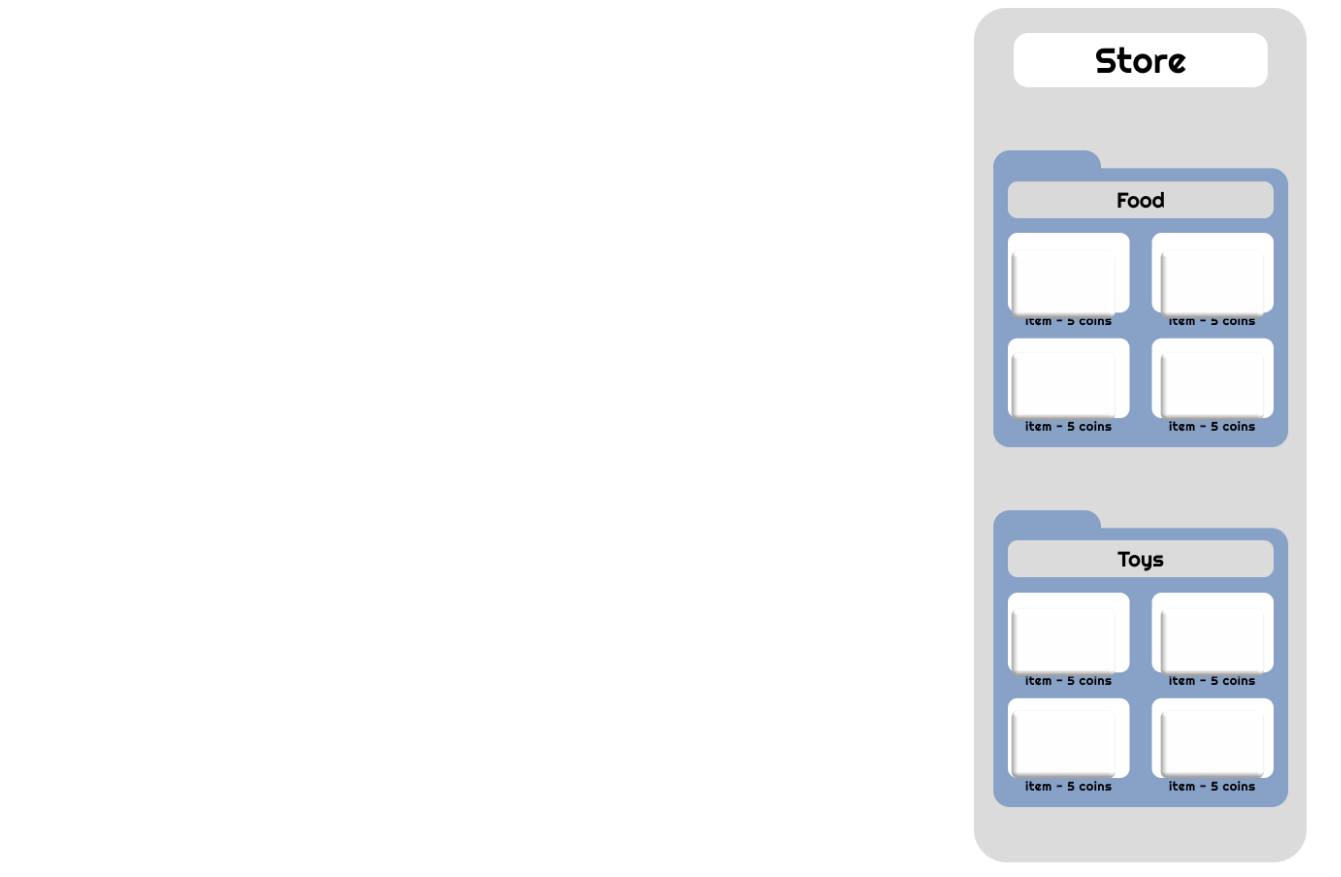
Repository: alemunden/Trash-Scavengers
Page: /ScrappyStore
The author's editor kept a copy of each file at every save. The page is drawn from the files as they stood at one save, then again after the next save.
The browser window is 1280 px wide. The page is 1382 px wide, so the pictures cover 1382 px, including what lies to the right of the window. The pictures show the whole page, at 97% of full size.
The project was rebuilt for these pictures with package versions that can differ from the ones it lists, and the page was loaded fresh each time. The framework's server and built-in components were replaced by stand-ins that run in the browser. Also part of the build but not shown: next.config.mjs.

Above is the page before, as saved 2024-05-04 14:57:04.

### pages/ScrappyStore.js
import styles from '@/styles/ScrappyStore.module.css'
import Image from 'next/image'
import { storeItems } from '@/data/storeItems'
import { useCoins } from '@/utils/coins'

export default function ScrappyStore() {

    const {coins, setCoins, buy} = useCoins(15)

    return(
        <>
        <div className={styles.store}>
            <div className={styles.foodItems}>
                <Image src={'/storeitem.png'} width={153.6} height={73.1}/>
                <Image src={'/storeitem.png'} width={153.6} height={73.1}/>
                <Image src={'/storeitem.png'} width={153.6} height={73.1}/>
                <Image src={'/storeitem.png'} width={153.6} height={73.1}/>
            </div>
            <div className={styles.toyItems}>
                <Image src={'/storeitem.png'} width={153.6} height={73.1}/>
                <Image src={'/storeitem.png'} width={153.6} height={73.1}/>
                <Image src={'/storeitem.png'} width={153.6} height={73.1}/>
                <Image src={'/storeitem.png'} width={153.6} height={73.1}/>
            </div>
            <Image src={'/storebackground.png'} width={343} height={881}/>
        </div>
        </>
    )
}

### styles/globals.css
:root {
    --white: #FFFFFF;
    --black: #000;
    --light-green: #B4E88C;
    --light-blue: #9EBAE5;
    --light-gray: #c5c5c5;
    --light-yellow: #F3CD70;
    --light-pink: #F3D9D9;
    --medium-green: #429600;
    --gold: #ED9F26;

}

html, body {
    overflow-x: hidden;
    background-color: var(--white);
    height: 896px;
    width: 414px;
    position: absolute;
    left: 30rem;
  }

main {
    padding: 1rem;
  }

li {
    list-style-type: none;
    cursor: pointer;
    margin: 1rem;
    width: 100%;
    padding: 0.5rem;
    color: #000105;
    background-color: var(--light-blue);
    border-radius: 1rem;
    border-bottom: 6px solid #7893bb;
    font-family: "Righteous", sans-serif;
    text-align: center;
    font-size: 1.5rem;
  }

.liHover:hover {
    background-color: #7893bb;
    columns: #fff;
}

.liSelected {
    color: #fff;
    background-color: #000925;
}

.homePageCard {
  margin-left: -5%;
  margin-top: 48%;
}

.searchBar {
  margin-left: -5%;
  margin-bottom: -48%;
}

.logInAndSettings {
  margin-left: 63%;
  margin-right: -5%;
  margin-top: 8%;
}

.dateIndex {
  font-family: 'Righteous';
  margin-bottom: -18%;
  margin-top: 8%;
}

.searchBarInfo {
  margin-left: -5%;
  margin-top: -0.1%;
}

.logInSettingsInfo {
  margin-left: 63%;
  margin-right: -5%;
  padding-left: 19px;
  padding-bottom: -10px;
  margin-top: 8%;
}

.infoCard {
  margin-left: -5%;
}

.logInSettingsDepots {
  margin-left: 64%;
  margin-right: -5%;
  padding-left: 9px;
  margin-top: 8%;
}

.searchBarDepots {
  margin-left: -5%;
}

.depotsCard {
  margin-left: -5%;
}

.logInSettingsYourDepots {
  margin-left: 50%;
  margin-right: -5%;
  padding-left: 65px;
  margin-top: 8%;
}

.searchBarYourDepots {
  margin-left: -5%;
}

.yourDepotsCard {
  margin-left: -5%;
}

### styles/ScrappyStore.module.css
.store {
    display: flex;
    justify-content: center;
}

.foodItems {
    position: absolute;
    display: flex;
    flex-direction: row;
    flex-wrap: wrap;
    top: 15.6rem;
    left: 3.2rem;
    column-gap: 0rem;
    row-gap: 2rem;
}

.toyItems {
    position: absolute;
    display: flex;
    flex-direction: row;
    flex-wrap: wrap;
    top: 38.7rem;
    left: 3.2rem;
    column-gap: 0rem;
    row-gap: 2rem;
}

### data/storeItems.js
export const storeItems = {
    totalItems: 8,
    items: [
        {
            name: 'Apple',
            cost: 5
        },
        {
            name: 'Banana',
            cost: 4
        },
        {
            name: 'Sandwich',
            cost: 10
        },
        {
            name: 'Cookie',
            cost: 7
        }
    ]
}

### utils/coins.js
import { useState } from "react";

export function useCoins(initialValue) {
    const [coins, setCoins] = useState(initialValue || 15)

    const buy = () => setCoins((x) => x - 5)

    return {
        coins,
        buy,
        setCoins
    }
}

Loaded but not shown: pages/_app.js (common file); pages/_document.js (common file); pages/api/hello.js (common file)

After the next save:
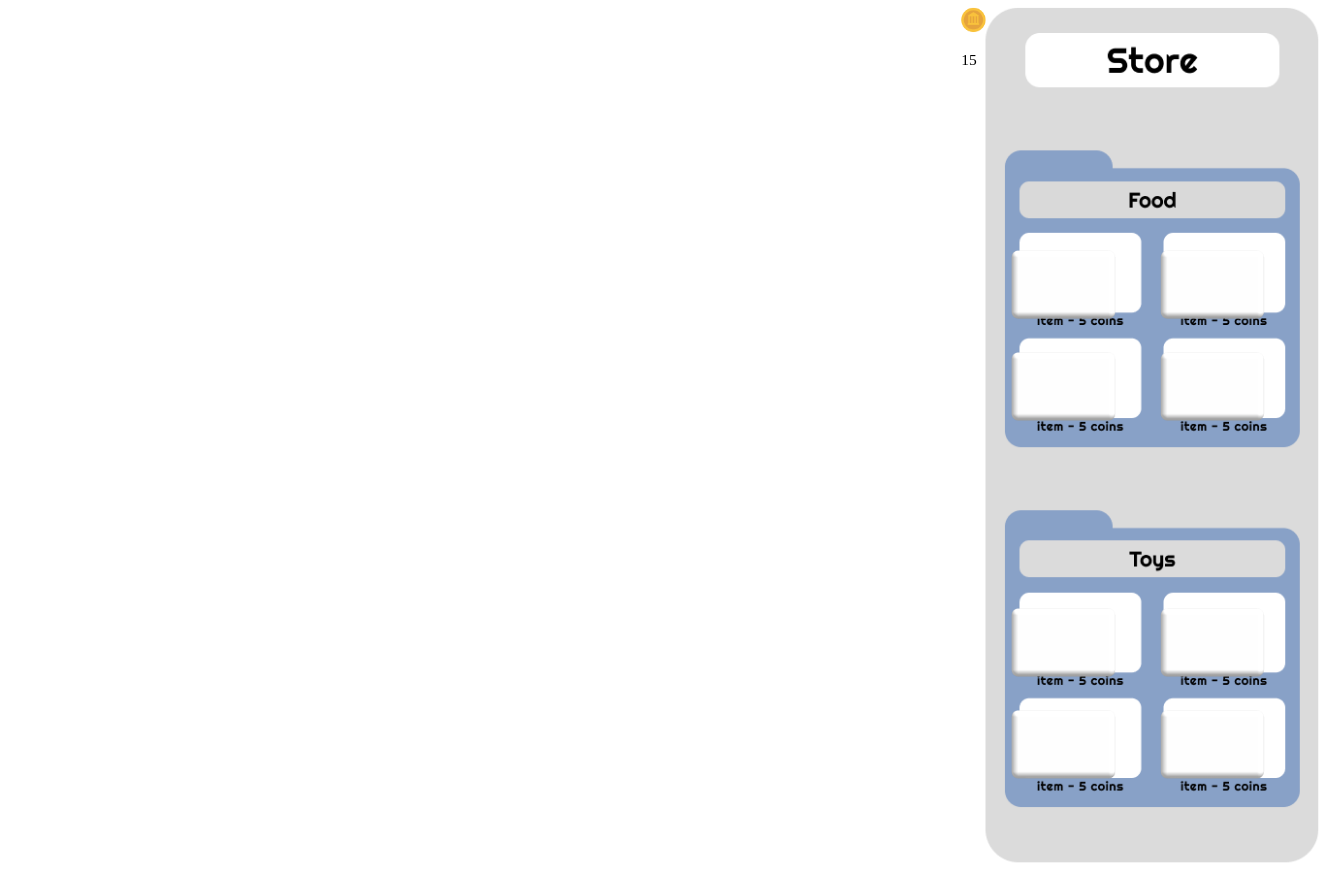
Saved 41 s later.
--- a/pages/ScrappyStore.js
+++ b/pages/ScrappyStore.js
@@ -10,6 +10,10 @@ export default function ScrappyStore() {
     return(
         <>
         <div className={styles.store}>
+            <div className={styles.coinCount}>
+                <Image src={'/Coin.png'} height={25} width={25}/>
+                <p>{coins}</p>
+            </div>
             <div className={styles.foodItems}>
                 <Image src={'/storeitem.png'} width={153.6} height={73.1}/>
                 <Image src={'/storeitem.png'} width={153.6} height={73.1}/>

After the save that followed:
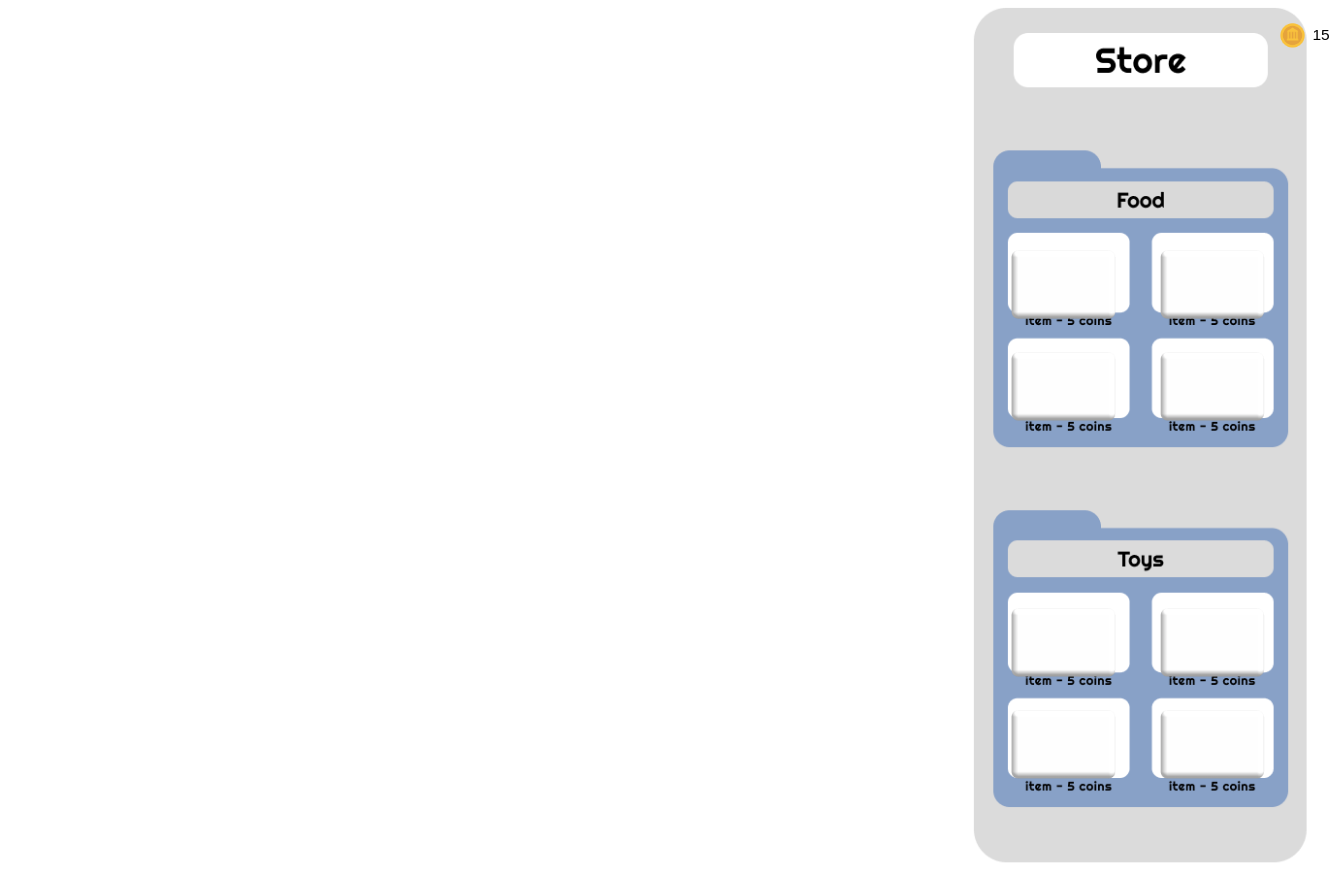
Saved 22 s later.
--- a/styles/ScrappyStore.module.css
+++ b/styles/ScrappyStore.module.css
@@ -1,6 +1,17 @@
 .store {
     display: flex;
     justify-content: center;
+}
+
+.coinCount {
+    position: absolute;
+    right: 0.7rem;
+    top: 0.2rem;
+    font-family: "Righteous", sans-serif;
+    display: flex;
+    flex-direction: row;
+    align-items: center;
+    gap: 0.5rem;
 }
 
 .foodItems {
